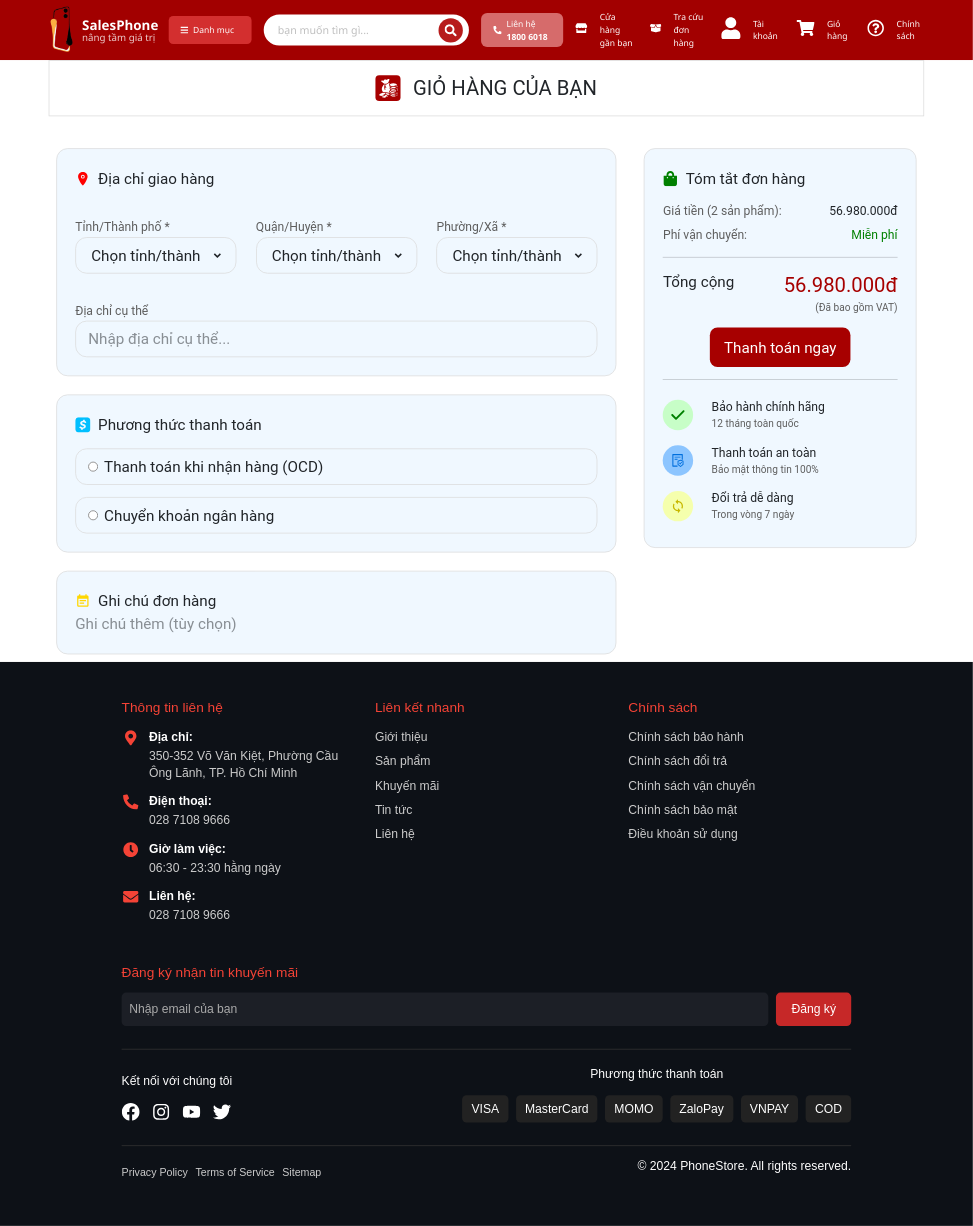
Repository: nguyenhuuluanTTB/cn-da22ttb-nguyenhuuluan-website_salesphone-nextjs_nodejs
Page: /order (app in Project_SalesPhone/client/salesphone/)
An editor plug-in stored every save of this project. The page is shown before and after the next save, followed by the edit.
The browser window is 1280 px wide. The pictures show the whole page, at 76% of full size.
The project was rebuilt for these pictures with package versions that can differ from the ones it lists, and the page was loaded fresh each time. The framework's server and built-in components were replaced by stand-ins that run in the browser. Also part of the build but not shown: Project_SalesPhone/client/salesphone/next.config.ts.

Above is the page before, as saved 2025-12-02 11:06:02.

### Project_SalesPhone/client/salesphone/app/layout.tsx

import "./globals.css";
import Header from "./components/Header/Header";
import Footer from "./components/Footer/Footer";


import 'bootstrap/dist/css/bootstrap.min.css';


export const metadata = {
  title: "SalesPhone",
  description: "Website bán điện thoại",
};

export default function RootLayout({
  children,
}: {
  children: React.ReactNode;
}) {
  return (
    <html lang="vi">
      <body>
        {/* Thêm Header ở đây */}
        <Header />

        {/* Nội dung trang */}
        {children}
        <Footer />
      </body>
    </html>
  );
}

### Project_SalesPhone/client/salesphone/app/components/Header/Header.tsx
import Link from "next/link";
import Image from "next/image";
import { FaBars, FaPhoneAlt, FaStore, FaBoxOpen, FaUser, FaShoppingCart, FaSearch, FaRegQuestionCircle } from "react-icons/fa";
import styles from "./Header.module.scss";
import logo from "./asset/logo.png";

export default function Header () {
    return(
        <header className={styles.header}>

        <div className={styles.container}>
        {/* Logo */}
        <div className={styles.logo_category}>

            {/* Danh mục */}
            <button className={styles.categoryBtn}>
                <FaBars />
                <span>Danh mục</span>
            </button>

            <Link href="/home" className={styles.logo}>

                <Image src={logo} alt="SalesPhone Logo" width={40} height={40} />
                <div className={styles.logoText}>
                    <span className={styles.brand}>SalesPhone</span>
                    <span className={styles.slogan}>nâng tầm giá trị</span>
                </div>

            </Link>

             <Link href="#" className={`${styles.navItem} ${styles.giohang}`}>
                  <FaShoppingCart />
            </Link>

        </div>




        {/* Ô tìm kiếm */}
        <div className={styles.searchBox}>
          <input type="text" placeholder="bạn muốn tìm gì..." />
          <button className={styles.searchBtn}>
            <FaSearch />
          </button>
        </div>

        {/* Liên hệ */}
        <div className={styles.contact}>
          <FaPhoneAlt />
          <div>
            <span>Liên hệ</span> <br/>
            <strong>1800 6018</strong>
          </div>
        </div>



        {/* Các icon chức năng */}
        <nav className={styles.nav}>
          <Link href="#" className={`${styles.navItem} ${styles.cuahangganban}`}>
            <FaStore />
            <span>Cửa hàng gần bạn</span>
          </Link>
          <Link href="#" className={`${styles.navItem} ${styles.tracuudonhang}`}>
            <FaBoxOpen />
            <span>Tra cứu đơn hàng</span>
          </Link>
          <Link href="/user_info" className={`${styles.navItem} ${styles.taikhoan}`}>
            <FaUser />
            <span>Tài khoản</span>
          </Link>
          <Link href="/cart" className={`${styles.navItem} `}>
            <FaShoppingCart />
            <span>Giỏ hàng</span>
          </Link>
          <Link href="#" className={`${styles.navItem} ${styles.chinhsach}`}>
            <FaRegQuestionCircle />
            <span>Chính sách</span>
          </Link>
        </nav>
      </div>



        </header>



    );
}

### Project_SalesPhone/client/salesphone/app/components/Footer/Footer.tsx
import React from "react";
import styles from "./Footer.module.scss";


import {
  FaFacebook ,
  FaInstagram,
  FaYoutube,
  FaTwitter,
  FaMapMarkerAlt,
  FaPhoneAlt,
  FaClock,
  FaEnvelope,
} from "react-icons/fa";

export default function Footer() {
  return (
    <footer className={styles.footer}>
      <div className={styles.container}>
        {/* --- Thông tin liên hệ --- */}
        <div className={styles.column}>
          <h3 className={styles.title}>Thông tin liên hệ</h3>

          <div className={styles.infoItem}>
            <FaMapMarkerAlt className={styles.icon} />
            <div>
              <strong>Địa chỉ:</strong>
              <p>350-352 Võ Văn Kiệt, Phường Cầu Ông Lãnh, TP. Hồ Chí Minh</p>
            </div>
          </div>

          <div className={styles.infoItem}>
            <FaPhoneAlt className={styles.icon} />
            <div>
              <strong>Điện thoại:</strong>
              <p>028 7108 9666</p>
            </div>
          </div>

          <div className={styles.infoItem}>
            <FaClock className={styles.icon} />
            <div>
              <strong>Giờ làm việc:</strong>
              <p>06:30 - 23:30 hằng ngày</p>
            </div>
          </div>

          <div className={styles.infoItem}>
            <FaEnvelope className={styles.icon} />
            <div>
              <strong>Liên hệ:</strong>
              <p>028 7108 9666</p>
            </div>
          </div>
        </div>

        {/* --- Liên kết nhanh --- */}
        <div className={styles.column}>
          <h3 className={styles.title}>Liên kết nhanh</h3>
          <ul>
            <li>Giới thiệu</li>
            <li>Sản phẩm</li>
            <li>Khuyến mãi</li>
            <li>Tin tức</li>
            <li>Liên hệ</li>
          </ul>
        </div>

        {/* --- Chính sách --- */}
        <div className={styles.column}>
          <h3 className={styles.title}>Chính sách</h3>
          <ul>
            <li>Chính sách bảo hành</li>
            <li>Chính sách đổi trả</li>
            <li>Chính sách vận chuyển</li>
            <li>Chính sách bảo mật</li>
            <li>Điều khoản sử dụng</li>
          </ul>
        </div>

        {/* --- Đăng ký nhận tin --- */}
        <div className={styles.column}>
          <h3 className={styles.title}>Đăng ký nhận tin khuyến mãi</h3>
          <div className={styles.subscribe}>
            <input type="email" placeholder="Nhập email của bạn" />
            <button>Đăng ký</button>
          </div>
        </div>
      </div>

      {/* --- Mạng xã hội --- */}
      <div className={styles.social_payment}>
          <div className={styles.social}>
            <p>Kết nối với chúng tôi</p>
            <div style={{display: 'flex', flexDirection: 'row', gap: '1rem', fontSize: '18pt'}}>
              <FaFacebook  />
              <FaInstagram />
              <FaYoutube />
              <FaTwitter />
            </div>

          </div>

          {/* --- Phương thức thanh toán --- */}
          <div className={styles.payment}>
            <p>Phương thức thanh toán</p>
            <div className={styles.methods}>
              <span>VISA</span>
              <span>MasterCard</span>
              <span>MOMO</span>
              <span>ZaloPay</span>
              <span>VNPAY</span>
              <span>COD</span>
            </div>
          </div>
      </div>


      {/* --- Footer bottom --- */}
      <div className={styles.bottom}>
        <p>© 2024 PhoneStore. All rights reserved.</p>
        <div className={styles.links}>
          <a href="#">Privacy Policy</a>
          <a href="#">Terms of Service</a>
          <a href="#">Sitemap</a>
        </div>
      </div>
    </footer>
  );
}

### Project_SalesPhone/client/salesphone/app/order/order.module.scss
.order{
    font-family: 'Roboto', sans-serif;
    padding: 0 4rem;
}


.gridContainer{
    display: grid;
    grid-template-columns: minimax(450, 2fr) minimax(200px, 1fr);
    gap: 1rem;
    min-width: 320px;
    margin: 0 auto;

    grid-template-areas: "item1 item2";
}

.item:nth-child(1) {grid-area: item1;}
.item:nth-child(2) {grid-area: item2;}

.item{
    font-size: 20px;
    padding: 10px;
    border-radius: 10px;
    min-width: 200px;
    // border: 1px solid blue;
}

@media (max-width: 1600px) {
  .gridContainer {
    // grid-template-columns: repeat(2, 1fr);
    grid-template-columns: minmax(450px, 2fr) minmax(200px, 1fr);
    grid-template-areas:
      "item1 item2";
  }
}

@media (max-width: 1200px) {
    .gridContainer{
        grid-template-columns: 1fr;
        grid-template-areas:
            "item1"
            "item2";
    }
}

.item1{
    gap: 1.5rem;
    display: flex;
    flex-direction: column;
}

.title{
    margin-bottom: 2rem;
    display: flex;
    justify-content: center;
    align-items: center;
    font-size: 20pt;
    gap: 1rem;
    padding: 1rem 0;
    border: solid 1px gainsboro;
}

.icon_cart{
    font-weight: bold;
    background-color: #A70000;
    padding: 0.2rem;
    color: #fff;
    border-radius: 5px;
}

.diachigiaohang{
    display: flex;
    flex-direction: row;
    justify-content: space-between;
    margin: 2rem 0;
}

.title_location{
    display: flex;
    flex-direction: row;
    align-items: center;
    gap: 10px;
}

.thongtindiachi{
    background-color: aliceblue;
    border: solid 1px gainsboro;
    padding: 1.5rem;
    border-radius: 15px;
}

.tinh, .quan, .phuong{
    border: solid 1px gainsboro;
    padding: 0.5rem 1rem;
    border-radius: 15px;
}

.diachicuthe{
    border: solid 1px gainsboro;
    padding: 0.5rem 1rem;
    border-radius: 15px;
    width: 100%;
}

//Phần lựa chọn thanh toán
.typecash{
    display: flex;
    border-radius: 15px;
    padding: 0.5rem 1rem;
    border: solid 1px gainsboro;
    gap: 0.5rem;
}

.luachonthanhtoan{
    margin-top: 1rem;
    gap: 1rem;
    display: flex;
    flex-direction: column;
}


//đơn hàng
.donhang{
    display: flex;
    flex-direction: column;
    background-color: aliceblue;
    border: solid 1px gainsboro;
    padding: 1.5rem;
    border-radius: 15px;

    button{
        background-color: #A70000;
        width: 60%;
        display: block;
        margin: 0 auto;
        color: #fff;
        padding: 0.7rem 1rem;
        border-radius: 10px;
        transition: all 0.3s;
        margin-top: 1rem;
    }

    button:hover{
        background-color: #fa1a1a;
        scale: 1.05;
    }
}

.tien{
    display: flex;
    flex-direction: row;
    justify-content: space-between;
}


.baohanh, .ttat, .doitra{
    display: flex;
    flex-direction: row;
    align-items: center;
    justify-content: start;
    gap: 1.5rem;
    margin: 0.5rem 0;

    .baohanh_icon{
        color: green;
        background: rgb(199, 254, 199);
        border-radius: 20px;
        padding: 10px;
    }

    .baohanh_content{
        flex-direction: column;
        display: flex;
    }

    span{
        font-size: 12pt;
    }
}

.ttat_icon{
    color: rgb(0, 111, 221);
    background: rgb(140, 197, 255);
    border-radius: 20px;
    padding: 10px;
}

.doitra_icon{
    color: rgb(200, 184, 1);
    background: rgb(245, 255, 173);
    border-radius: 20px;
    padding: 10px;
}

### Project_SalesPhone/client/salesphone/app/components/Header/Header.module.scss
.header {
  background-color: #a20000;
  color: white;
  padding: 8px 20px;
  font-family: "Segoe UI", sans-serif;
}

.container {
  max-width: 1200px; /* Giới hạn chiều rộng */
  margin: 0 auto; /* Căn giữa */
  display: flex;
  align-items: center;
  justify-content: space-between;
  gap: 16px;
  padding: 0 20px; /* thêm khoảng trống 2 bên */
}


.logo {
  display: flex;
  align-items: center;
  gap: 8px;
  flex-direction: row;
  text-decoration: none;
  color: #fff;
  margin-right: 0.5rem;

  .logoText {
    display: flex;
    flex-direction: column;
    line-height: 1.1;


    .brand {
      font-size: 1.1rem;
      font-weight: bold;
    }

    .slogan {
      font-size: 0.8rem;
      opacity: 0.8;
    }
  }
}

.logo_category{
    display: flex;
    align-items: center;
}


.categoryBtn {
  display: flex;
  align-items: center;
  gap: 6px;
  background-color: #d32f2f;
  border: none;
  color: white;
  padding: 10px 15px;
  border-radius: 6px;
  cursor: pointer;
  font-size: 0.7rem;
  margin-left: 30px;
  width: 125px;
  &:hover {
    background-color: #b71c1c;
  }
}

.searchBox {
  display: flex;
  align-items: center;
  background: #fff;
  border-radius: 9999px; /* Bo tròn */
  padding: 4px 8px;
  width: 350px;
  transition: all 0.2s ease;
  color: gray;
  input {
    flex: 1;
    border: none;
    outline: none;
    font-size: 14px;
    padding: 6px 10px;
    background: transparent;
  }

  button {
    border: none;
    background: #b71c1c; /* màu đỏ chủ đạo */
    color: white;
    border-radius: 50%;
    width: 32px;
    height: 32px;
    display: flex;
    align-items: center;
    justify-content: center;
    cursor: pointer;
    transition: background 0.2s ease;
  }

  button:hover {
    background: #d32f2f; /* đỏ sáng hơn khi hover */
  }

  &:focus-within {
    box-shadow: 0 0 0 2px #ffcdd2; /* hiệu ứng khi nhập */
  }
}


.contact {
  display: flex;
  align-items: center;
  gap: 6px;
  background-color: #d66b6b;
  border-radius: 8px;
  padding: 6px 16px;
  width: 140px;
  font-size: 0.7rem;

  strong {
    display: block;
  }
}

.nav {
  display: flex;
  align-items: center;
  gap: 18px;

  .navItem {
    display: flex;
    flex-direction: row;
    align-items: center;
    color: white;
    font-size: 0.7rem;
    text-decoration: none;
    transition: opacity 0.2s;
    gap: 1rem;

    svg {
      font-size: 2rem;
      margin-bottom: 4px;
    }

    &:hover {
      opacity: 0.8;
    }

  }
}

.giohang svg{
  display: none;
}

.logo_category{
  display: flex;
  flex-direction: row-reverse;
}

/* --------------------------- */
/* RESPONSIVE - MOBILE VERSION */
/* --------------------------- */

@media (max-width: 1095px) {
  .container {
    flex-wrap: wrap;
    justify-content: space-between;
    gap: 12px;
  }

  .categoryBtn span {
    display: none; /* Ẩn chữ Danh mục */
  }

  .contact,
  .nav {
    display: none; /* Ẩn các phần không cần ở mobile */
  }

  .searchBox {
    width: 100%;
    order: 3; /* Đưa xuống hàng dưới cùng */
    max-width: none;
  }

  .logo {
    flex: 1;
    justify-content: center;
  }

  .categoryBtn,
  .logo,
  .navItem:last-child {
    flex-shrink: 0;
  }

  /* Giỏ hàng giữ bên phải */
  .nav {
    display: flex;
    justify-content: flex-end;
    flex: 1;
  }

  .navItem span {
    display: none; /* Ẩn chữ, chỉ giữ icon */
  }

  .navItem svg {
    font-size: 1.4rem;
  }

  .logo_category{
      width: 100%;
      display: flex;
      align-items: center;
      flex-direction: row;
  }

  .navItem svg{
    display: none;
  }

  .categoryBtn{
    width: 50px;
    height: 50px;
    font-size: 1.3rem;
  }

  .cuahangganban svg, .tracuudonhang svg, .taikhoan svg, .chinhsach svg{
    display: none;
  }

  .giohang svg{
    display: block;
    font-size: 2rem;
  }

  .categoryBtn {
    margin-left: 0;
  }
}

### Project_SalesPhone/client/salesphone/app/components/Footer/Footer.module.scss
.footer {
  background-color: #0d1117;
  color: #fff;
  padding: 50px 10rem;
  font-family: sans-serif;
}

.container {
  display: flex;
  flex-wrap: wrap;
  justify-content: space-between;
  gap: 40px;
  border-bottom: 1px solid #333;
  padding-bottom: 30px;
}

.column {
  flex: 1;
  min-width: 240px;
}

.title {
  color: #f44336;
  font-size: 18px;
  margin-bottom: 15px;
}

/* --- Thông tin liên hệ --- */
.infoItem {
  display: flex;
  align-items: flex-start;
  gap: 12px;
  margin-bottom: 12px;
}

.icon {
  font-size: 20px;
  color: #f44336;
  min-width: 24px;
  margin-top: 3px;
}

.infoItem p {
  margin: 2px 0;
  color: #ccc;
  line-height: 1.4;
}

/* --- Liên kết --- */
.column ul {
  list-style: none;
  padding: 0;
}

.column ul li {
  margin: 8px 0;
  cursor: pointer;
  transition: color 0.2s ease;
  color: #ccc;
}

.column ul li:hover {
  color: #f44336;
}

/* --- Đăng ký --- */
.subscribe {
  display: flex;
  gap: 10px;
  margin-top: 10px;
}

.subscribe input {
  flex: 1;
  padding: 10px;
  border: none;
  border-radius: 6px;
  background: #1c1f26;
  color: #fff;
}

.subscribe input::placeholder {
  color: #aaa;
}

.subscribe button {
  background-color: #c62828;
  color: #fff;
  border: none;
  padding: 10px 20px;
  border-radius: 6px;
  cursor: pointer;
  transition: background 0.3s;
}

.subscribe button:hover {
  background-color: #e53935;
}

.social_payment{
    display: flex;
    flex-direction: row;
    justify-content: space-between;
}

/* --- Mạng xã hội --- */
.social {
  text-align: center;
  margin-top: 30px;
}

.icons {
  display: flex;
  justify-content: center;
  gap: 15px;
  margin-top: 10px;

}

.icons svg {
  background: #222;
  padding: 10px;
  border-radius: 50%;
  font-size: 18px;
  cursor: pointer;
  transition: all 0.3s ease;
}

.icons svg:hover {
  background: #f44336;
  transform: scale(1.1);
}

/* --- Thanh toán --- */
.payment {
  text-align: center;
  margin-top: 20px;
}

.methods {
  display: flex;
  justify-content: center;
  flex-wrap: wrap;
  gap: 10px;
  margin-top: 10px;
}

.methods span {
  background: #222;
  padding: 6px 12px;
  border-radius: 6px;
}

/* --- Dưới cùng --- */
.bottom {
  border-top: 1px solid #333;
  margin-top: 30px;
  padding-top: 15px;
  display: flex;
  flex-direction: row-reverse;
  justify-content: space-between;
  align-items: center;
  gap: 5px;
}

.links {
  display: flex;
  gap: 10px;
}

.links a {
  color: #ccc;
  text-decoration: none;
  font-size: 14px;
  transition: color 0.2s ease;
}

.links a:hover {
  color: #f44336;
}

/* --- Responsive --- */
@media (max-width: 768px) {
  .container {
    flex-direction: column;
  }

  .subscribe {
    flex-direction: column;
  }

  .subscribe input,
  .subscribe button {
    width: 100%;
  }

  .methods {
    flex-wrap: wrap;
  }

  .infoItem {
    align-items: flex-start;
  }
}

Loaded but not shown: Project_SalesPhone/client/salesphone/app/globals.css (common file); Project_SalesPhone/client/salesphone/app/order/page.tsx (170 lines, source omitted)

After the next save:
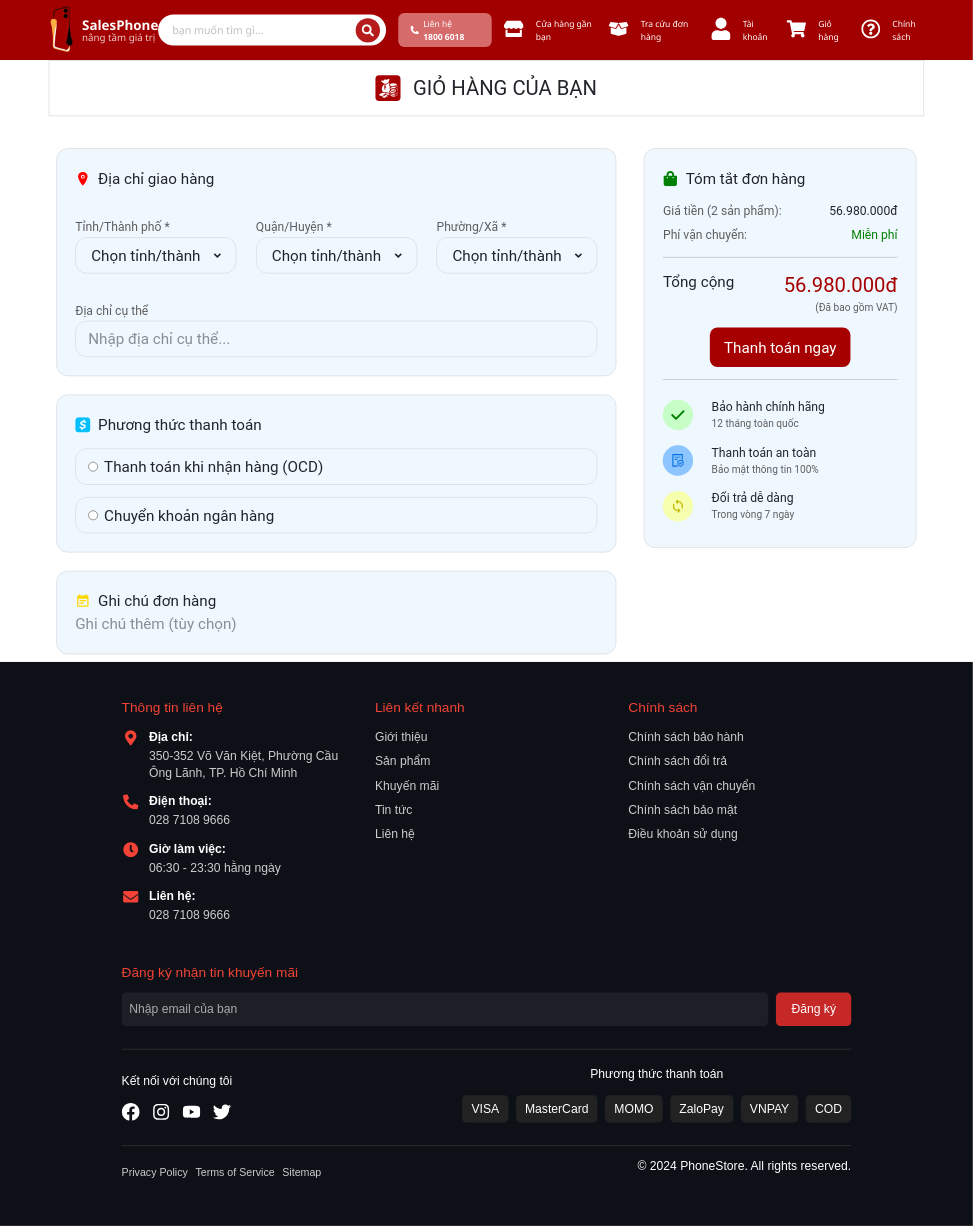
Saved 42 s later.
--- a/Project_SalesPhone/client/salesphone/app/components/Header/Header.tsx
+++ b/Project_SalesPhone/client/salesphone/app/components/Header/Header.tsx
@@ -13,10 +13,10 @@
         <div className={styles.logo_category}>
 
             {/* Danh mục */}
-            <button className={styles.categoryBtn}>
+            {/* <button className={styles.categoryBtn}>
                 <FaBars />
                 <span>Danh mục</span>
-            </button>
+            </button> */}
 
             <Link href="/home" className={styles.logo}>
 
